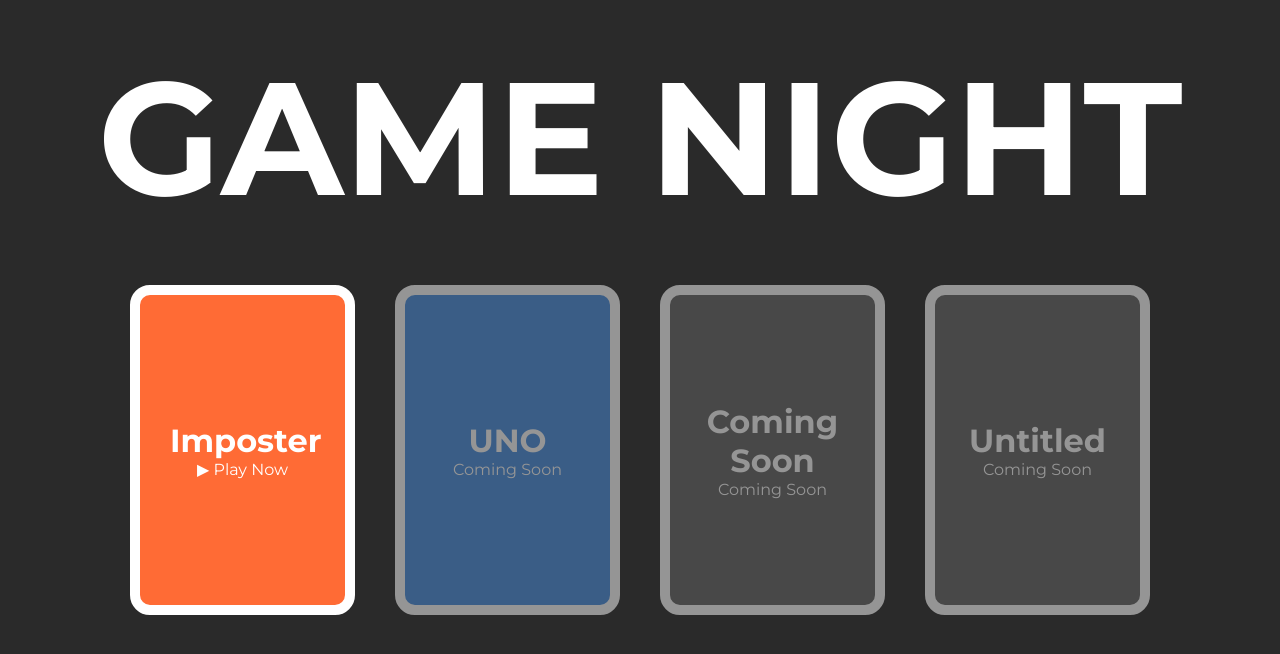
Repository: nfemmanuel/game-night-app
Page: /imposter-setup
The author's editor kept a copy of each file at every save. The page is drawn from the files as they stood at one save, then again after a run of saves.
The browser window is 1280 px wide. The pictures show the whole page.
The project was rebuilt for these pictures with package versions that can differ from the ones it lists, and the page was loaded fresh each time.

Above is the page before, as saved 2025-12-31 16:46:25.

### public/index.html
<!DOCTYPE html>
<html lang="en">
  <head>
    <meta charset="utf-8" />
    <link rel="icon" href="%PUBLIC_URL%/favicon.ico" />
    <link rel="preconnect" href="https://fonts.googleapis.com">
    <link rel="preconnect" href="https://fonts.gstatic.com" crossorigin>
    <link href="https://fonts.googleapis.com/css2?family=Montserrat:wght@400;600;700&display=swap" rel="stylesheet">
    <meta name="viewport" content="width=device-width, initial-scale=1" />
    <meta name="theme-color" content="#000000" />
    <meta
      name="description"
      content="Web site created using create-react-app"
    />
    <link rel="apple-touch-icon" href="%PUBLIC_URL%/logo192.png" />
    <!--
      manifest.json provides metadata used when your web app is installed on a
      user's mobile device or desktop. See https://developers.google.com/web/fundamentals/web-app-manifest/
    -->
    <link rel="manifest" href="%PUBLIC_URL%/manifest.json" />
    <!--
      Notice the use of %PUBLIC_URL% in the tags above.
      It will be replaced with the URL of the `public` folder during the build.
      Only files inside the `public` folder can be referenced from the HTML.

      Unlike "/favicon.ico" or "favicon.ico", "%PUBLIC_URL%/favicon.ico" will
      work correctly both with client-side routing and a non-root public URL.
      Learn how to configure a non-root public URL by running `npm run build`.
    -->
    <title>React App</title>
  </head>
  <body>
    <noscript>You need to enable JavaScript to run this app.</noscript>
    <div id="root"></div>
    <!--
      This HTML file is a template.
      If you open it directly in the browser, you will see an empty page.

      You can add webfonts, meta tags, or analytics to this file.
      The build step will place the bundled scripts into the <body> tag.

      To begin the development, run `npm start` or `yarn start`.
      To create a production bundle, use `npm run build` or `yarn build`.
    -->
  </body>
</html>

### src/App.js
import './styles/global.css';
import GameCard from './components/GameCard';

function App() {
  const handleClick = (gameName) => {
    alert(`Getting ready to play ${gameName}!`);
  };

  return (
    <div style={{ padding: '40px', textAlign: 'center' }}>
      <h1 style={{ fontSize: '10rem' }}>GAME NIGHT</h1>

      <div style={{
        display: 'flex',
        gap: '20px',
        justifyContent: 'center',
        marginTop: '40px',
        flexWrap: 'wrap'
      }}>
        <GameCard
          name="Imposter"
          available={true}
          color="orange"  // Add this
          onClick={() => handleClick("Imposter")}
        />
        <GameCard
          name="UNO"
          available={false}
          color="blue"
          onClick={() => handleClick("UNO")}
        />
        <GameCard
          name="Coming Soon"
          available={false}
          onClick={() => { }}
        />
        <GameCard
          name="Untitled "
          available={false}
          onClick={() => { }}
        />
      </div>
    </div>
  );
}

export default App;

### src/styles/global.css
* {
    margin: 0;
    padding: 0;
    box-sizing: border-box;
}

body {
    font-family: 'Montserrat',
        'Helvetica Neue',
        'Arial',
        sans-serif;
    background-color: rgb(42, 42, 42);
    color: white;
    overflow: hidden;
}

button {
    cursor: pointer;
    border: none;
    border-radius: 5px;
    font-family: inherit;
    font-size: 1rem;
    padding: 10px 20px;
}

### src/components/GameCard.jsx
import styles from './GameCard.module.css';

function GameCard({ name, available, onClick, color }) {  // Add color here
    // Combine card + available/disabled classes + color
    const cardClasses = `${styles.card} ${available ? styles.available : styles.disabled} ${color ? styles[color] : ''}`;

    return (
        <div
            className={cardClasses}
            onClick={available ? onClick : null}
        >
            <h1>{name}</h1>
            <p>{available ? '▶ Play Now' : 'Coming Soon'}</p>
        </div>
    );
}

export default GameCard;

### src/components/GameCard.module.css
.card {
    width: 225px;
    height: 330px;
    padding: 30px;
    margin: 10px;
    border-radius: 20px;
    border: 10px solid white;
    text-align: center;
    transition: all 0.3s ease;
    display: flex;
    flex-direction: column;
    justify-content: center;
}

.available {
    color: white;
    cursor: pointer;
}

.available:hover {
    transform: scale(1.05);
}

.disabled {
    background-color: #666;
    color: white;
    cursor: not-allowed;
    opacity: 0.5;
}

.orange {
    background-color: #FF6B35;
}

.orange:hover {
    box-shadow: 0 0 20px rgba(255, 107, 53, 0.6);
}

.blue {
    background-color: #4A90E2;
}

.blue:hover {
    box-shadow: 0 0 20px rgba(74, 144, 226, 0.6);
}

Loaded but not shown: src/index.js (common file); src/index.css (common file); src/reportWebVitals.js (common file)

After the next 2 saves:
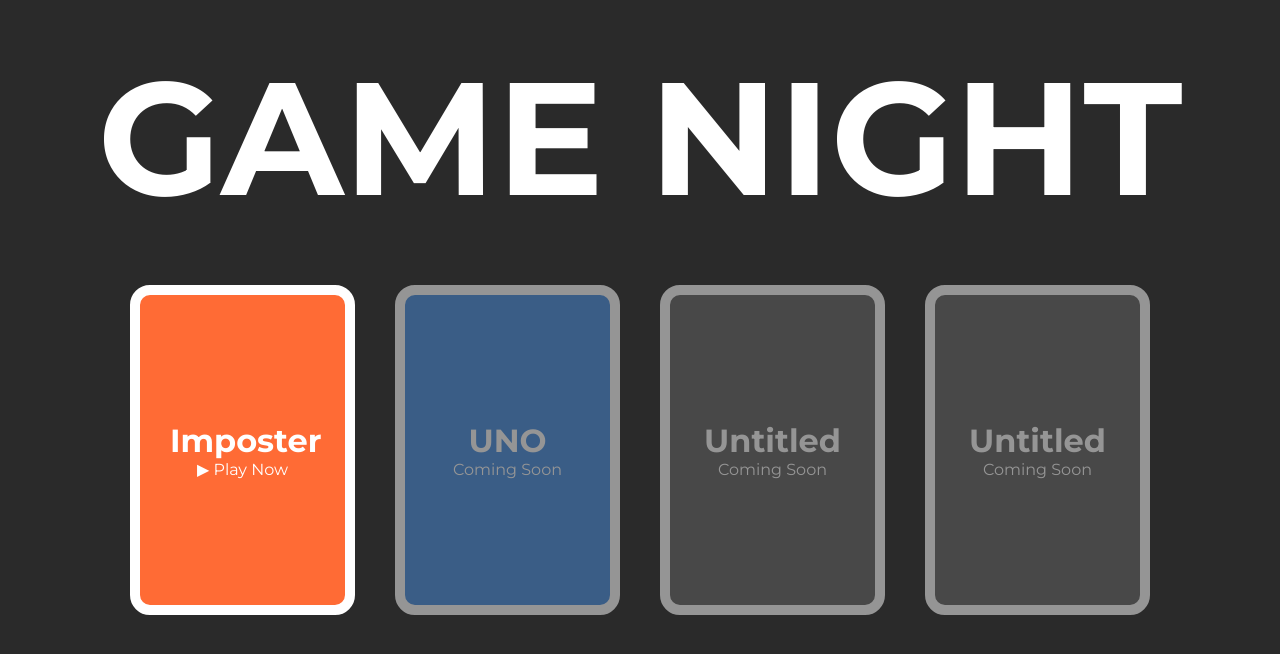
The 2 saves are shown as one change because they came seconds apart.
The last was saved 7 s later.
--- a/src/App.js
+++ b/src/App.js
@@ -30,7 +30,7 @@ function App() {
           onClick={() => handleClick("UNO")}
         />
         <GameCard
-          name="Coming Soon"
+          name="Untitled"
           available={false}
           onClick={() => { }}
         />
